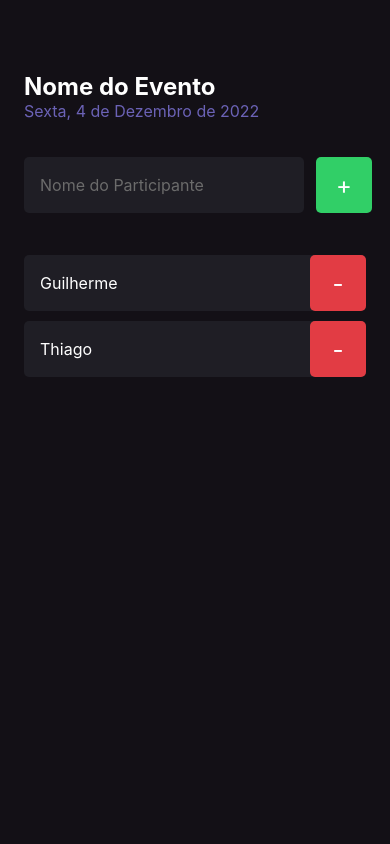
Repository: guilhermecardoso93/reactNative-ignite-imhere
Screen: /
An editor plug-in stored every save of this project. The screen is shown before and after the next save, followed by the edit.
The app was drawn by React Native's web renderer in a window 390 px wide. The project was rebuilt for these pictures with package versions that can differ from the ones it lists, and the page was loaded fresh each time.

Above is the screen before, as saved 2022-10-03 18:08:41.

After the next save:
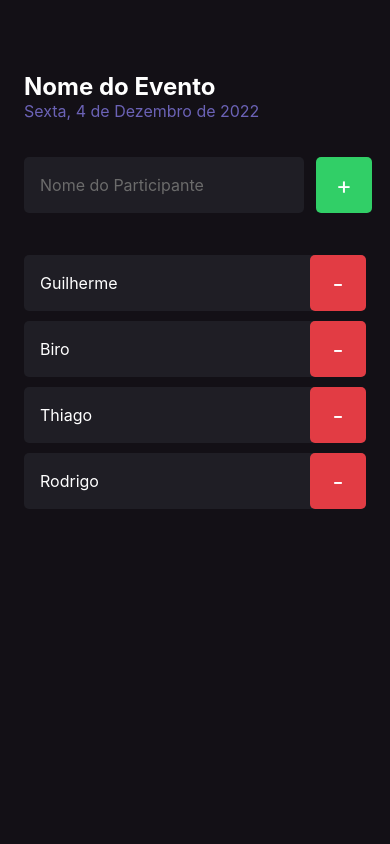
Saved 2 min 15 s later.
--- a/src/screens/Home/index.tsx
+++ b/src/screens/Home/index.tsx
@@ -4,6 +4,8 @@ import { Participant } from "../../components/Participant";
 import { styles } from "./styles";
 
 export default function Home() {
+  const participants = ["Guilherme", "Biro", "Thiago", "Rodrigo"];
+
   function handleAddPArticipant() {
     console.log("ADD part");
   }
@@ -26,14 +28,14 @@ export default function Home() {
           <Text style={styles.buttonText}>+</Text>
         </TouchableOpacity>
       </View>
-      <Participant
-        participantName="Guilherme"
-        onRemove={() => handleRemovePArticipant("Guilherme")}
-      />
-      <Participant
-        participantName="Thiago"
-        onRemove={() => handleRemovePArticipant("Thiago")}
-      />
+      {participants.map((participant) => {
+        return (
+          <Participant
+            participantName={participant}
+            onRemove={() => handleRemovePArticipant(participant)}
+          />
+        );
+      })}
     </View>
   );
 }
